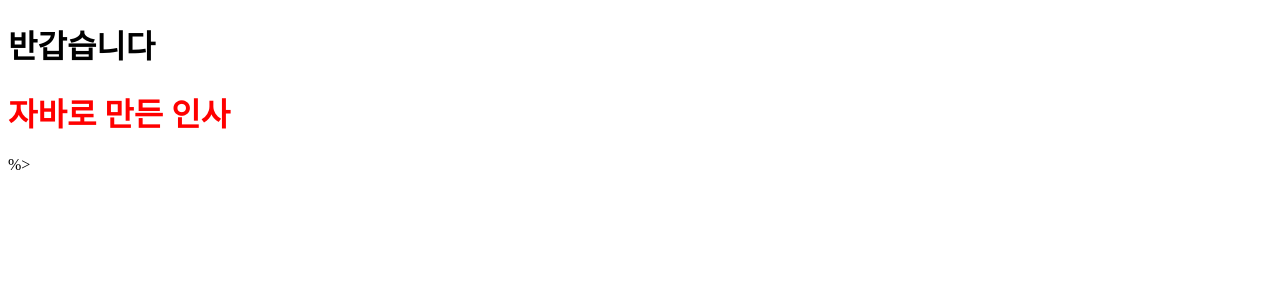
Repository: dychung1021/newrepository
Page: http://localhost/JSP01/
These files come from the project's save history. The page is drawn as it stood at one moment and after the next save; the edit follows.
The browser window is 1280 px wide. The pictures show the whole page.
The page is served by Tomcat 9.

Above is the page before, as saved 2024-05-09 05:29:38.

After the next save:
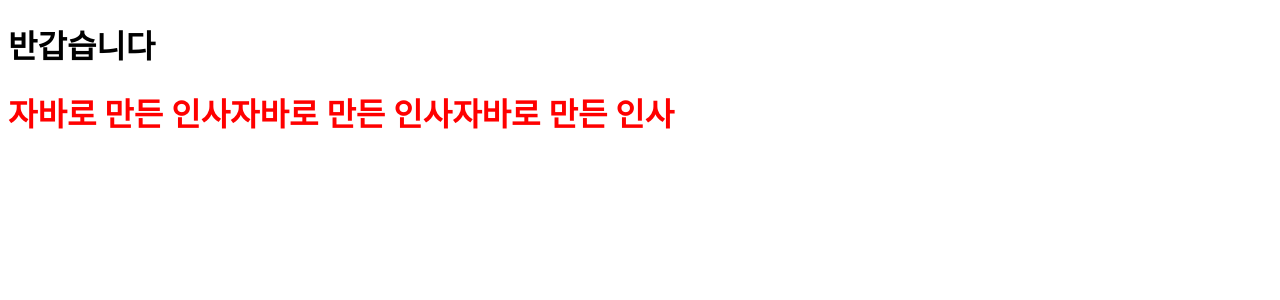
Saved 5 min 23 s later.
--- a/JSP/JSP01/src/main/webapp/index.jsp
+++ b/JSP/JSP01/src/main/webapp/index.jsp
@@ -10,6 +10,6 @@
 		<h1>반갑습니다</h1>
 		<%String str="자바로 만든 인사"; %>
 
-		<h1 style="color:red;"><%out.print(str); %></h1>%>
+		<h1 style="color:red;"><%for(int i=0;i<3;i++){out.print(str);} %></h1>
 	</body>
 </html>
